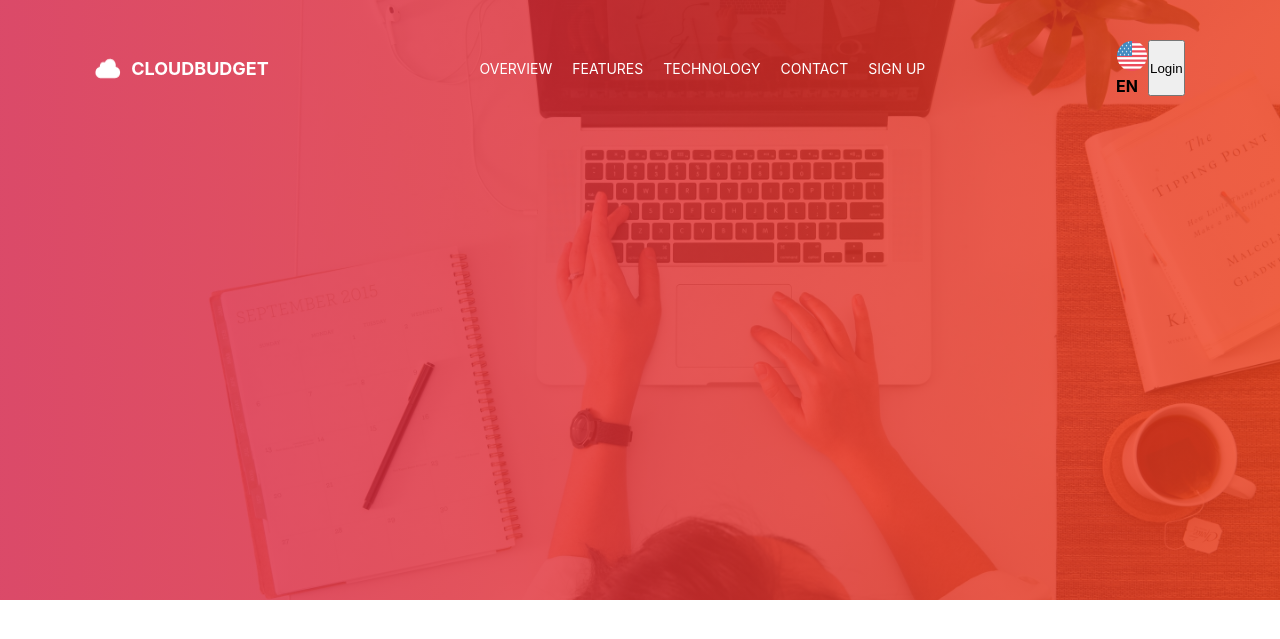
Repository: Ola-22/cloudBudget
Page: /
These files come from the project's save history. The page is drawn as it stood at one moment and after the next save; the edit follows.
The browser window is 1280 px wide. The pictures show the whole page.
The project was rebuilt for these pictures with package versions that can differ from the ones it lists, and the page was loaded fresh each time.

Above is the page before, as saved 2021-09-12 16:10:43.

After the next save:
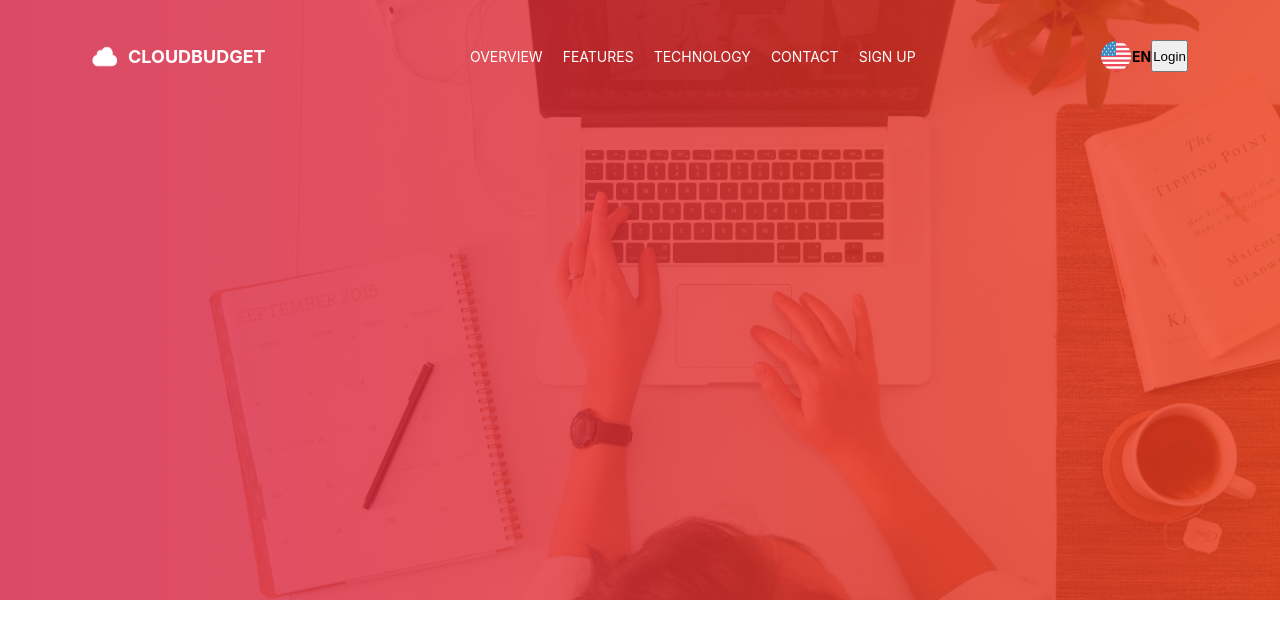
Saved 37 s later.
--- a/src/Components/Navbar/style.scss
+++ b/src/Components/Navbar/style.scss
@@ -24,3 +24,11 @@
     color: white;
   }
 }
+
+.flag-box{
+  display: flex;
+  align-items: center;
+  & > h4{
+    font-size: 14px;
+  }
+}
